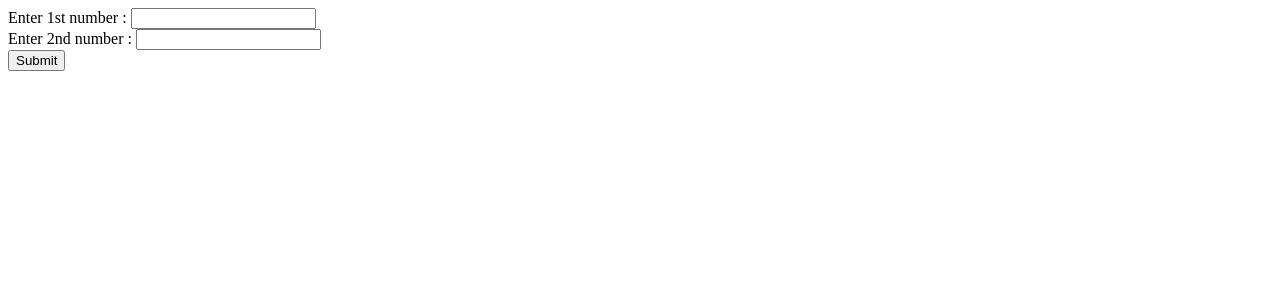
Repository: MaheshYadavM/my-frist-repo
Page: DemoApp/WebContent/index.html
An editor plug-in stored every save of this project. The page is shown before and after the next save, followed by the edit.
The browser window is 1280 px wide. The pictures show the whole page.

Above is the page before, as saved 2022-08-25 05:54:26.

### DemoApp/WebContent/index.html
<!DOCTYPE html>
<html>
<body>

   <form action="add" method="get"   >
    Enter 1st number : <input type="text" name="num1"></input><br>
    Enter 2nd number : <input type="text" name="num2"></input><br>
    <input type="submit">
   </form>
</body>
</html>

After the next save:
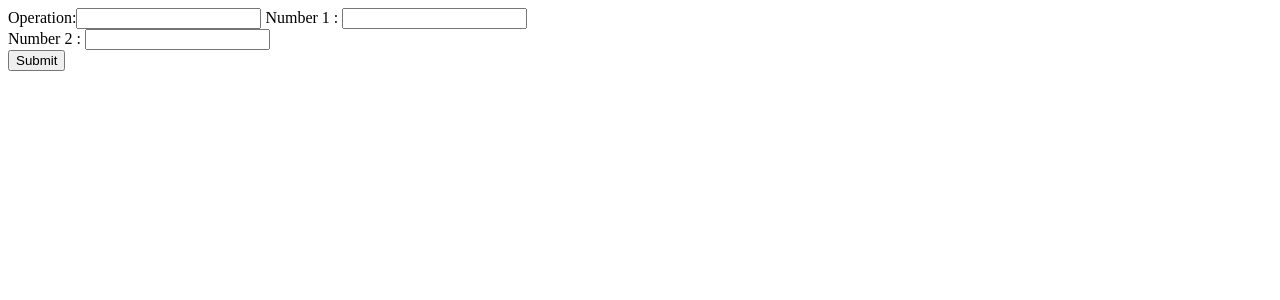
Saved 3 h 50 min later.
--- a/DemoApp/WebContent/index.html
+++ b/DemoApp/WebContent/index.html
@@ -3,8 +3,9 @@
 <body>
 
    <form action="add" method="get"   >
-    Enter 1st number : <input type="text" name="num1"></input><br>
-    Enter 2nd number : <input type="text" name="num2"></input><br>
+    Operation:<input type="text" name="opt"></input>
+     Number 1 : <input type="text" name="num1"></input><br>
+     Number 2 : <input type="text" name="num2"></input><br>
     <input type="submit">
    </form>
 </body>
